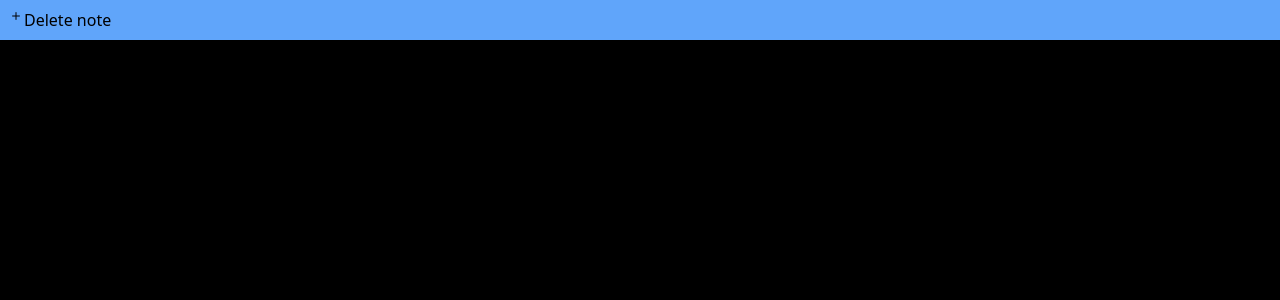
Repository: TMuse333/works-software-assessment
Page: /
The author's editor kept a copy of each file at every save. The page is drawn from the files as they stood at one save, then again after a run of saves.
The browser window is 1280 px wide. The pictures show the whole page.
The project was rebuilt for these pictures with package versions that can differ from the ones it lists, and the page was loaded fresh each time. Also part of the build but not shown: vite.config.js, src/components/note/note.jsx.

Above is the page before, as saved 2024-04-02 17:23:01.

After the next 2 saves:
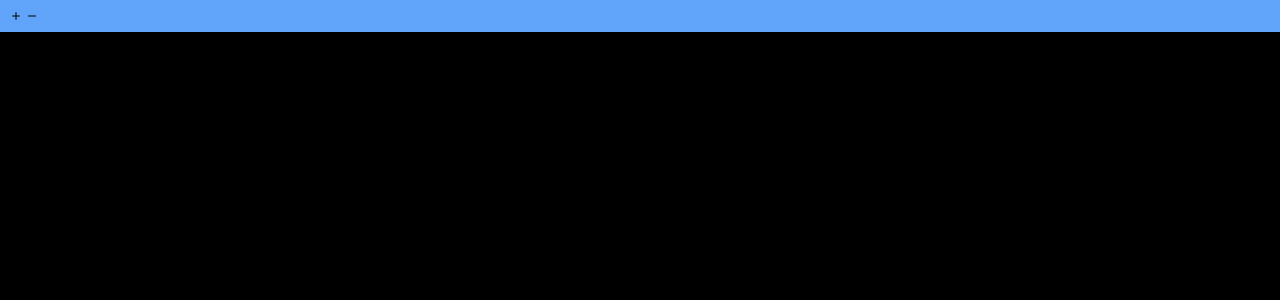
The 2 saves are shown as one change because they came seconds apart.
The last was saved 7 s later.
--- a/src/components/navbar/navbar.tsx
+++ b/src/components/navbar/navbar.tsx
@@ -8,7 +8,7 @@ return (
     <div className="relative bg-blue-400 p-2">
        <ul className="flex">
         <li><IoIosAdd/></li>
-        <li>Delete note</li>
+        <li><IoIosRemove/></li>
        </ul>
     </div>
 )
